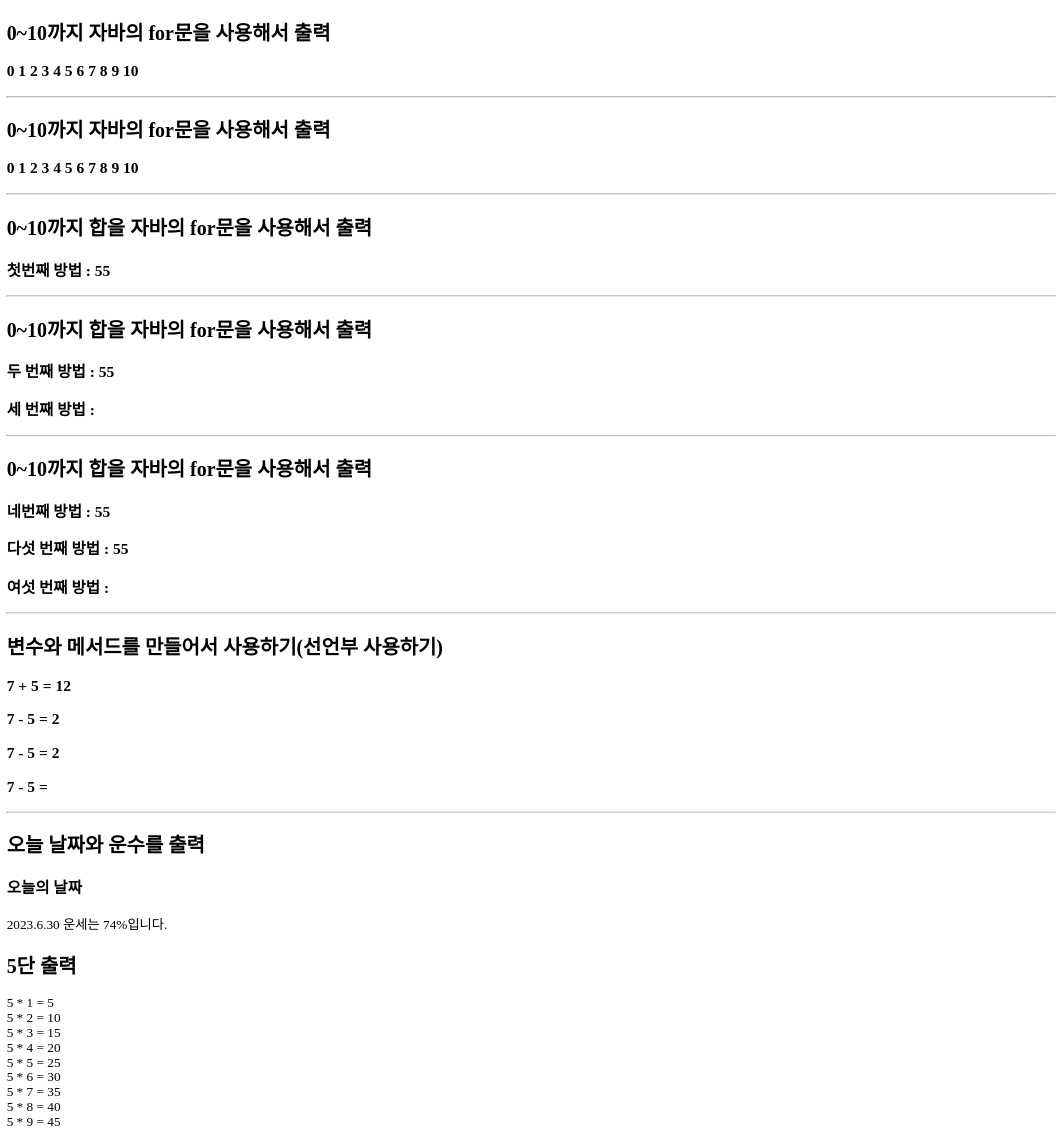
Repository: wjsjsn/23_jspstudy
Page: http://localhost/02_jsp/view/ex02_script.jsp
An editor plug-in stored every save of this project. The page is shown before and after the next save, followed by the edit.
The browser window is 1280 px wide. The pictures show the whole page, at 83% of full size.
The page is served by Tomcat 9. The template is opened directly, without the code that normally fills it, so the values that code supplies are empty.

Above is the page before, as saved 2023-07-04 02:15:02.

After the next save:
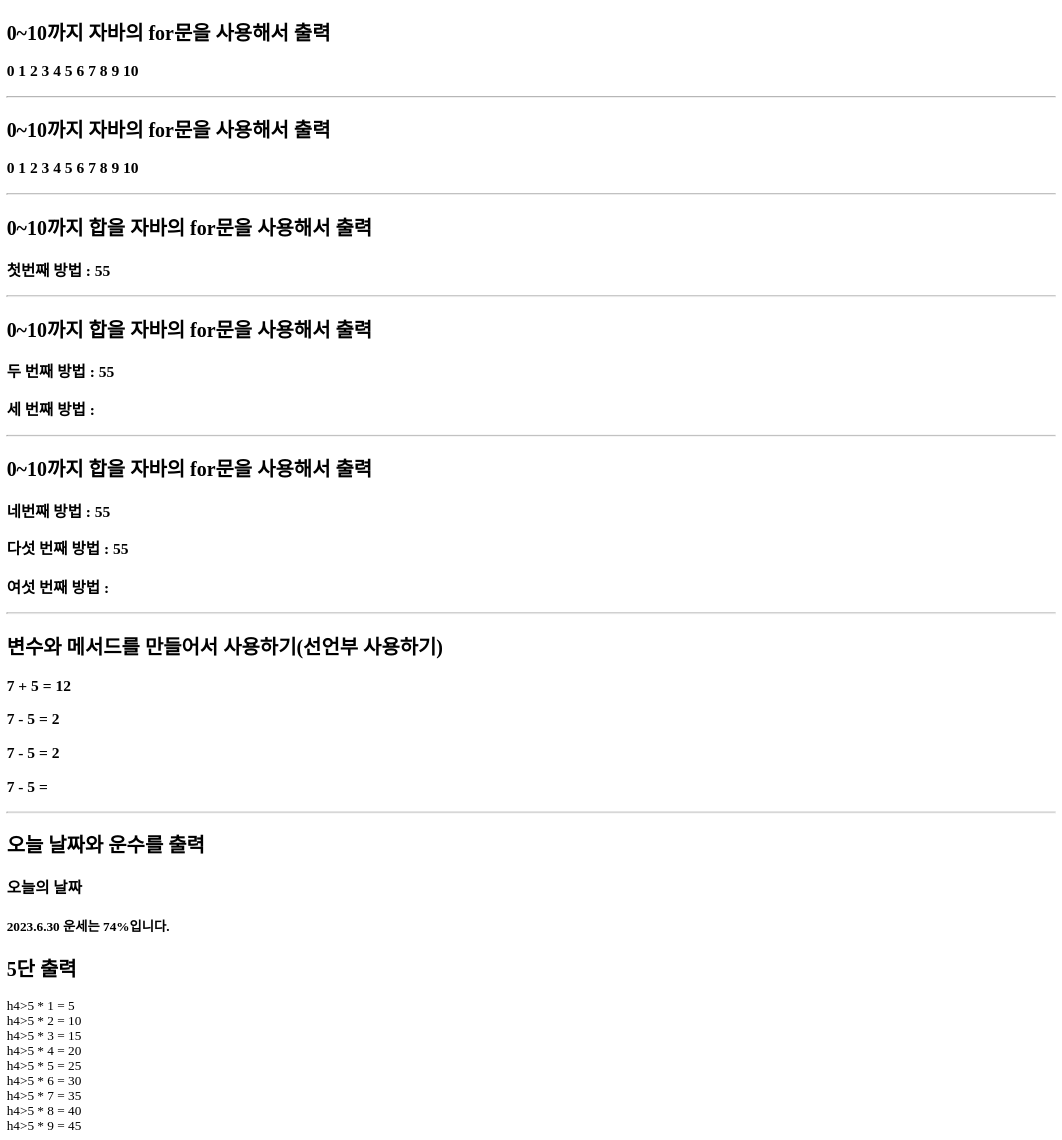
Saved 53 s later.
--- a/02_jsp/src/main/webapp/view/ex02_script.jsp
+++ b/02_jsp/src/main/webapp/view/ex02_script.jsp
@@ -115,13 +115,13 @@ public void sub(int s1, int s2) {
 	int day = now.get(Calendar.DATE);
 
 	int res = (int)(Math.random()*100) + 1;
-	out.println(year + "." + month + "." + day + " 운세는 " + res + "%입니다.");
+	out.println("<h4>" + year + "." + month + "." + day + " 운세는 " + res + "%입니다.</h4>");
 	%>
 
 	<h2>5단 출력</h2>
     <%
     for(int i = 1; i < 10; i++){
-    	out.println("5 * " + i + " = " + (i * 5) + "<br>");
+    	out.println("h4>" + "5 * " + i + " = " + (i * 5) + "<br></h4>");
     }
     %>
 
